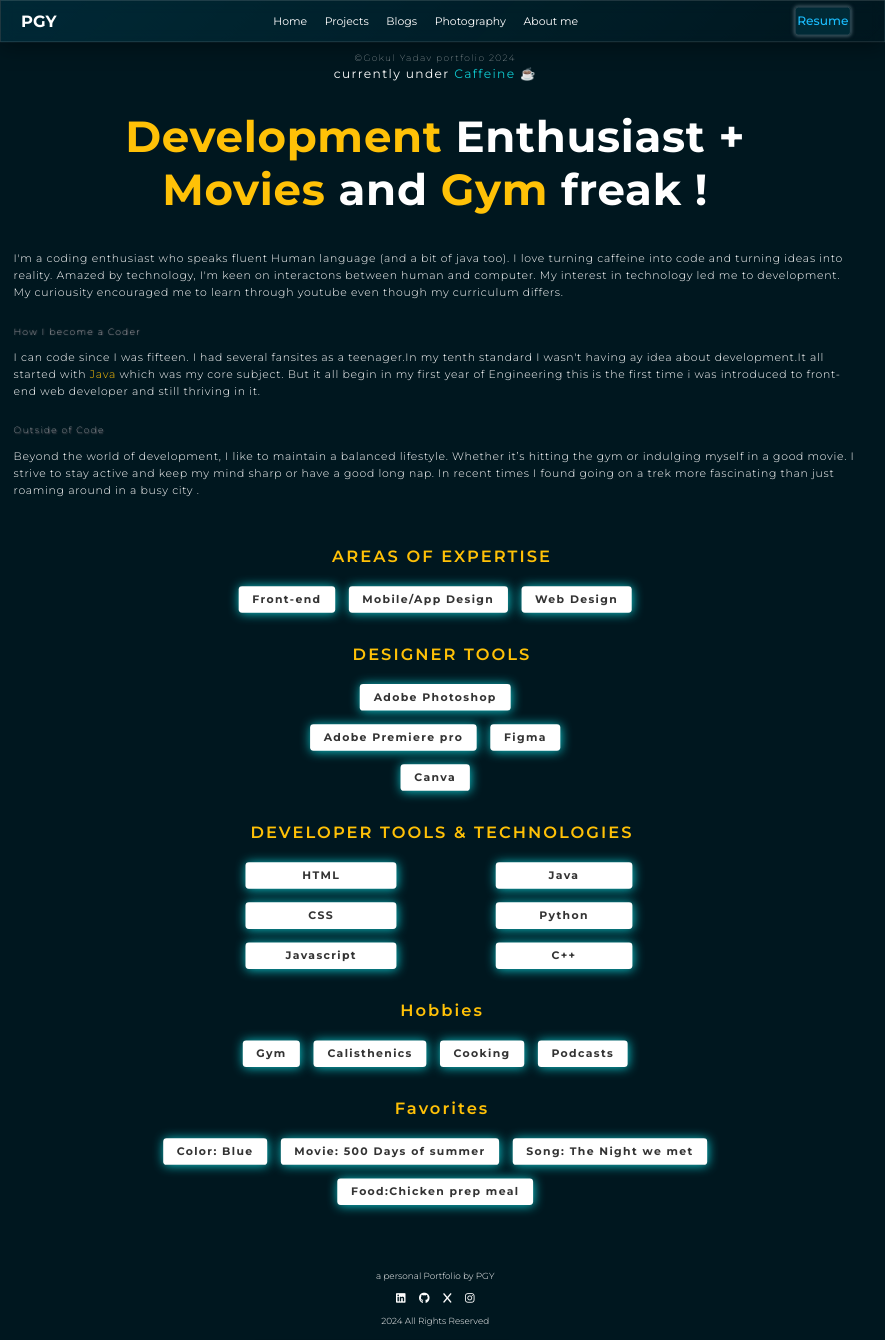
Repository: pgyunknown/pgyunknown
Page: aboutme.html
These files come from the project's save history. The page is drawn as it stood at one moment and after a run of saves; the edit follows.
The browser window is 1280 px wide. The page is 1302 px wide, so the pictures cover 1302 px, including what lies to the right of the window. The pictures show the whole page, at 68% of full size.
Some web libraries are served in a nearby version.

Above is the page before, as saved 2024-08-25 14:46:00.

After the next 2 saves:
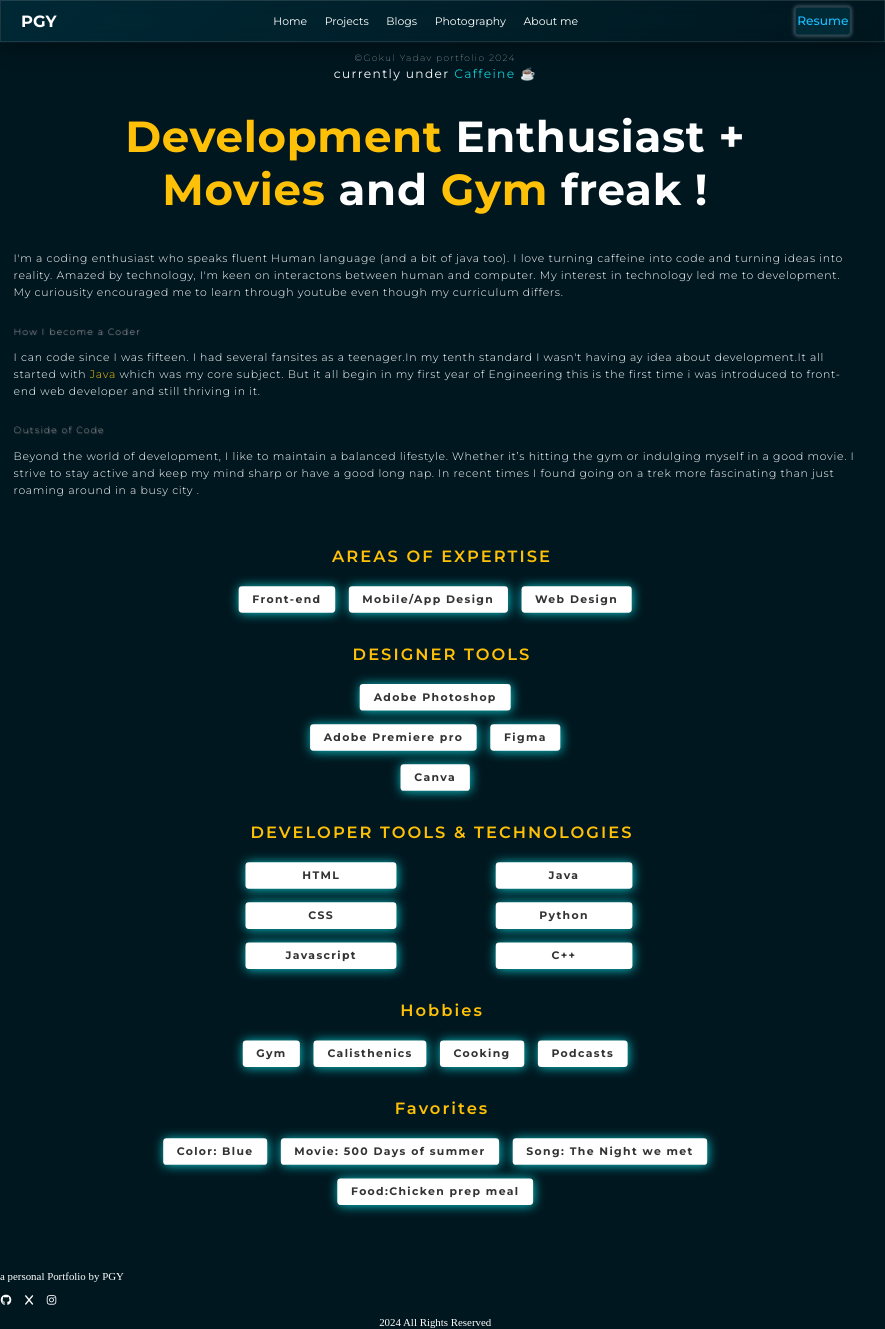
The 2 saves are shown as one change because they came seconds apart.
The last was saved 10 s later.
--- a/aboutme.css
+++ b/aboutme.css
@@ -262,7 +262,7 @@
     color: #666;
 }
 
-
+.fav
 
 
 footer{

After the 2 saves that followed:
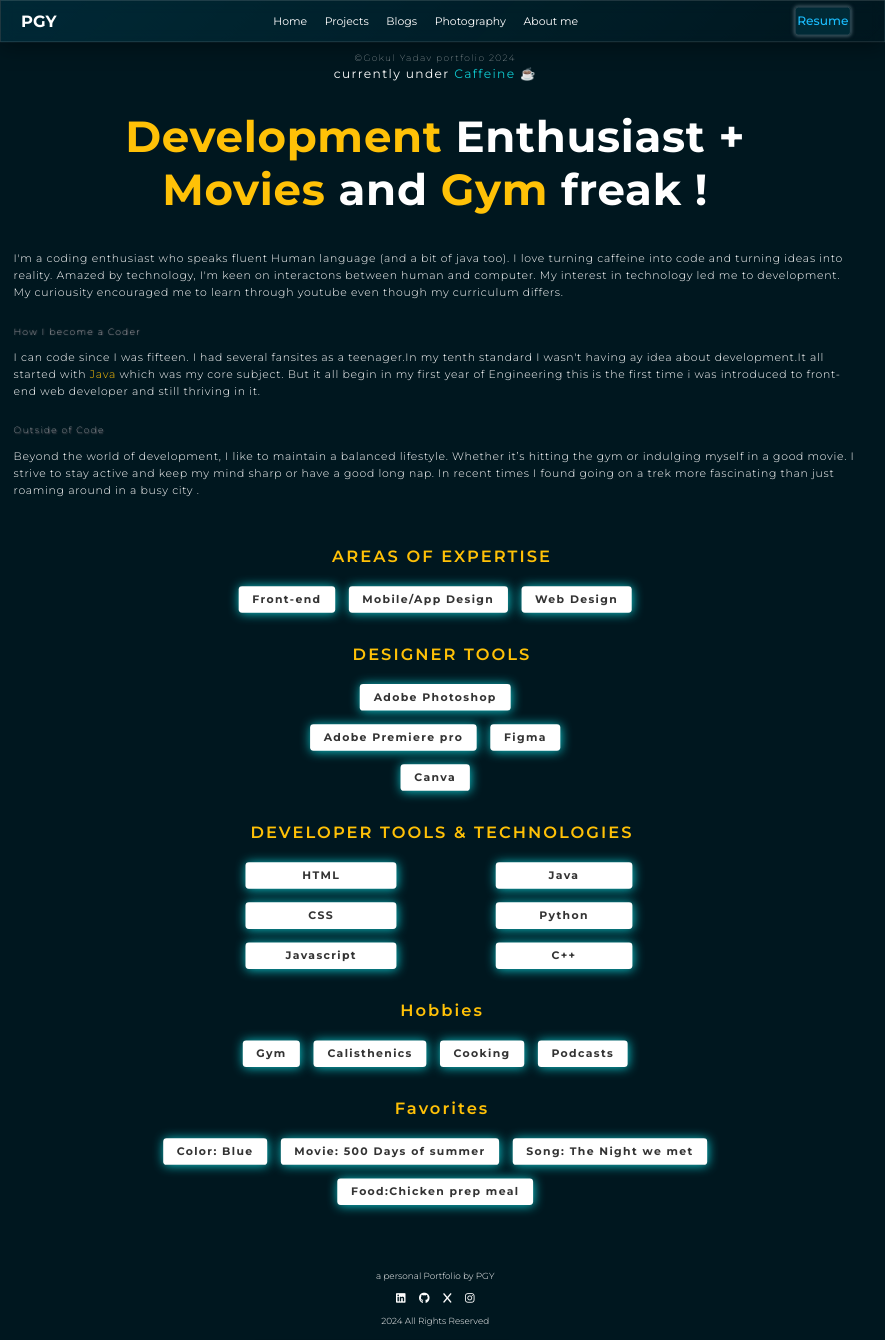
The 2 saves are shown as one change because they came seconds apart.
The last was saved 16 s later.
--- a/aboutme.css
+++ b/aboutme.css
@@ -262,7 +262,16 @@
     color: #666;
 }
 
-.fav
+.fav{
+        list-style: none;
+    padding: 0;
+    margin: 0;
+    display: flex;
+    flex-direction: row;
+    flex-wrap: wrap;
+    justify-content: center;
+    letter-spacing: 2px;
+}
 
 
 footer{
